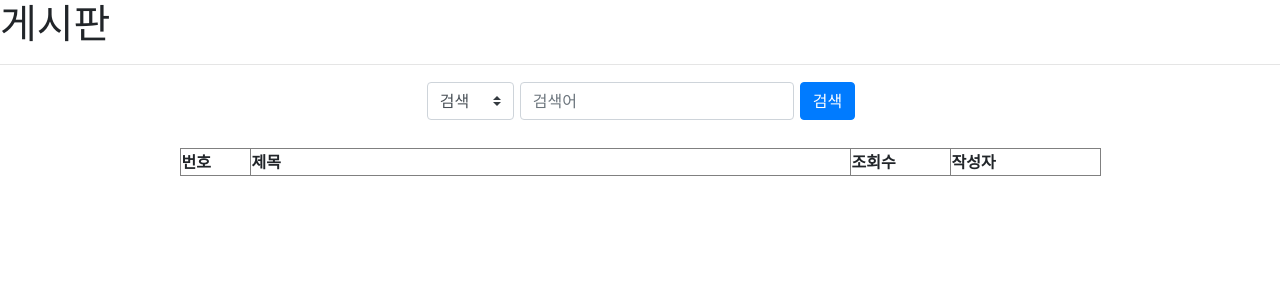
Repository: suhong99/SpringBootFront
Page: FrontSample/src/main/webapp/bbslist.html
The author's editor kept a copy of each file at every save. The page is drawn from the files as they stood at one save, then again after the next save.
The browser window is 1280 px wide. The pictures show the whole page.
The page's requests for data from a server got no answer.

Above is the page before, as saved 2023-08-04 01:21:59.

### FrontSample/src/main/webapp/bbslist.html
<!DOCTYPE html>
<html>
<head>
<meta charset="UTF-8">
<title>Insert title here</title>
<meta name="viewport" content="width=device-width, initial-scale=1">
<link rel="stylesheet" href="https://cdn.jsdelivr.net/npm/bootstrap@4.6.2/dist/css/bootstrap.min.css">
<script src="https://cdn.jsdelivr.net/npm/jquery@3.6.3/dist/jquery.slim.min.js"></script>
<script src="https://cdn.jsdelivr.net/npm/popper.js@1.16.1/dist/umd/popper.min.js"></script>
<script src="https://cdn.jsdelivr.net/npm/bootstrap@4.6.2/dist/js/bootstrap.bundle.min.js"></script>

<script src="https://ajax.googleapis.com/ajax/libs/jquery/3.6.3/jquery.min.js"></script>

<script type="text/javascript" src="./jquery/jquery.twbsPagination.min.js"></script>

<style type="text/css">
.table th, .table td { text-align: center; vertical-align: middle!important; }
</style>
</head>
<body>
<h1>게시판</h1>
<hr>
<div align="center">
	<table style="margin-left: auto; margin-right: auto; margin-top: 3px; margin-bottom: 3px">
		<tr>
			<td style="padding-left: 3px">
				<select class="custom-select" id="choice">
					<option selected>검색</option>
					<option value="title">제목</option>
					<option value="content">내용</option>
					<option value="writer">작성자</option>
				</select>
			</td>
			<td style="padding-left: 5px" class="align-middle">
				<input type="text" class="form-control" id="search" onkeyup="enterKeyEvent()" placeholder="검색어" value="">
			</td>
			<td style="padding-left: 5px">
				<span>
					<button type="button" class="btn btn-primary" onclick="searchBtn()">검색</button>
				</span>
			</td>
		</tr>
	</table>

<br>
<table border="1">
<colgroup>
	<col width="70"/><col width="600"/><col width="100"/><col width="150"/>
</colgroup>

<thead>
<tr>
	<th>번호</th><th>제목</th><th>조회수</th><th>작성자</th>
</tr>
</thead>

<tbody id="bbslist">
</tbody>

</table>

<br>

<div class="container">
    <nav aria-label="Page navigation">
        <ul class="pagination" id="pagination" style="justify-content:center"></ul>
    </nav>
</div>
</div>

<script type="text/javascript">
$(document).ready(function () {
	bbslist(0);
});

function bbslist(pn){
		let choice= $("#choice").val();
		let search= $("#search").val();


		 $.ajax({
		url:"http://localhost:3000/bbslist",
		type:"get",
		data:{ choice:choice, search:search, pageNumber:pn },
		success:function(map){
			// alert('success');
			// alert(JSON.stringify(bbsjson));

			// alert(JSON.stringify(map));
			let bbsjson = map.bbslist;
			let pageBbs = map.pageBbs;
			//초기화
			 $("#bbslist").html("");

			for(let i = 0;i < bbsjson.length; i++){
				let str = "<tr>";
				str += "<td>" + (i + 1) + "</td>";
				if(bbsjson[i].del == 0){
					str += "<td>" + bbsjson[i].title + "</td>";
				}else{
					str += "<td><font color='#ff0000'>*이 글은 작성자에 의해서 삭제되었습니다*</font></td>";
				}
				str += "<td>" + bbsjson[i].readcount + "</td>";
				str += "<td>" + bbsjson[i].id + "</td>";
				$("#bbslist").append(str);
			}

			loadPaging(pageBbs,pn);
		},
		error:function(){
			alert('error');
		}
	});
}

function searchBtn(){
	bbslist(0);
}

//					총페이지수, 현재페이지수
function loadPaging(pageBbs,pn){
	//초기화
	$("#pagination").twbsPagination("destroy");

	$("#pagination").twbsPagination({
		startPage:pn+1,
		totalPages:pageBbs,
		visiblePages:10,
		first:'<span srid-hidden="true">«</span>',		// 처음 페이지로 이동
		prev:"이전",
		next:"다음",
		last:'<span srid-hidden="true">»</span>',
		initiateStartPageClick:false,					// 자동 실행이 되지 않도록 설정
		onPageClick:function(event, page){
			// alert(page);
			// let choice = $("#choice").val();
			// let search = $("#search").val();

			// location.href = "bbslist.do?choice=" + choice + "&search=" + search + "&pageNumber=" + (page - 1);
			bbslist(page-1);
		}
	});
}
</script>


</body>
</html>

Loaded but not shown: FrontSample/src/main/webapp/jquery/jquery.twbsPagination.min.js (library)

After the next save:
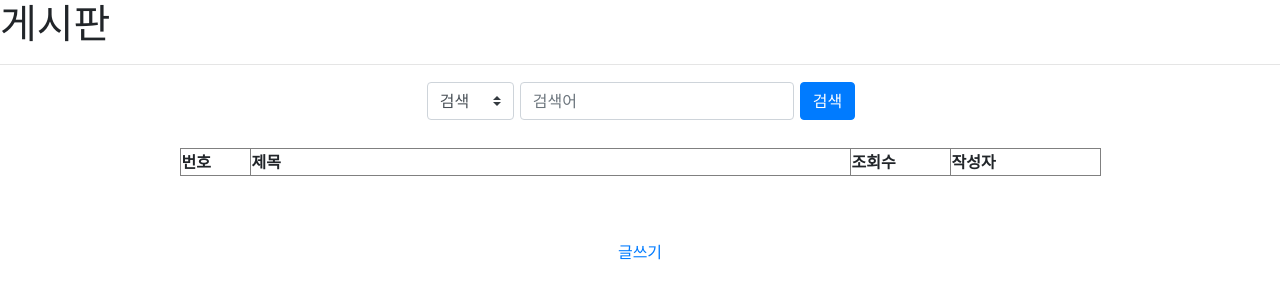
Saved 40 min 2 s later.
--- a/FrontSample/src/main/webapp/bbslist.html
+++ b/FrontSample/src/main/webapp/bbslist.html
@@ -66,6 +66,9 @@
         <ul class="pagination" id="pagination" style="justify-content:center"></ul>
     </nav>
 </div>
+<br>
+<a href="bbswrite.do">글쓰기</a>
+
 </div>
 
 <script type="text/javascript">
